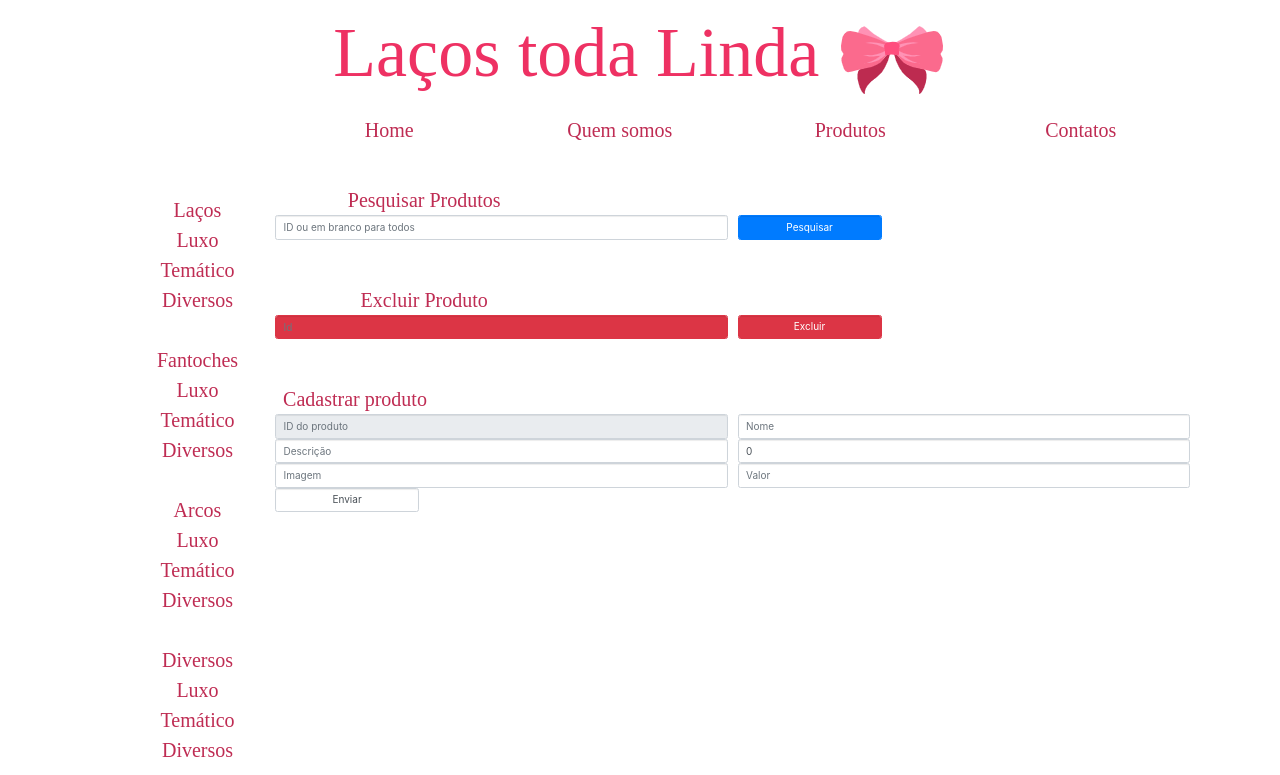
Repository: felipe-camilo/projin2
Page: http://localhost/projetointegrador/admin.jsp
An editor plug-in stored every save of this project. The page is shown before and after the next save, followed by the edit.
The browser window is 1280 px wide. The pictures show the whole page.
Some web fonts or font styles are not loaded; a fallback is used. The page is served by Tomcat 9. Other server files are loaded and not shown.

Above is the page before, as saved 2022-03-30 01:36:44.

### projetointegrador/src/main/webapp/admin.jsp
<%@ page language="java" contentType="text/html; charset=ISO-8859-1"
	pageEncoding="ISO-8859-1"%>
<%@ page import="java.sql.Connection"%>
<%@ page import="java.sql.Statement"%>
<%@ page import="java.sql.DriverManager"%>
<%@ page import="java.sql.ResultSet"%>
<!DOCTYPE html>
<html>
<head>
<style>
@import
	url('https://fonts.googleapis.com/css2?family=Sacramento&display=swap')
	;

@import
	url('https://fonts.googleapis.com/css2?family=Lobster&family=Sacramento&display=swap')
	;

@import
	url('https://fonts.googleapis.com/css2?family=Indie+Flower&display=swap')
	;
</style>
<meta charset="UTF-8">
<meta http-equiv="X-UA-Compatible" content="IE=edge">
<meta name="viewport" content="width=device-width, initial-scale=1.0">
<title>Laços toda Linda</title>

<link rel="stylesheet" href="css/style.css">
<link rel="stylesheet"
	href="https://maxcdn.bootstrapcdn.com/bootstrap/3.4.1/css/bootstrap.min.css">
<link rel="stylesheet"
	href="https://stackpath.bootstrapcdn.com/bootstrap/4.3.1/css/bootstrap.min.css">
<link rel="stylesheet" type="text/css" href="css/flexslider.css">
<script type="text/javascript"
	src="http://code.jquery.com/jquery.min.js"></script>
<script type="text/javascript" src="js/jquery.flexslider.js"></script>
<meta charset="ISO-8859-1">
<title>Produtos</title>
</head>


<body>
	<div class="container">

		<header class="topo">
			<div class="row justify-content-md-center text-center">
				<div class="col-md-12">
					<div class="texto-logo">
						Laços toda Linda <img class="logo" src="img/laco.png">
					</div>
				</div>
			</div>
		</header>

		<%
String nome = "";
String descricao = "";
int categoria = 0;
String img = "";
Float valor = 0.f;
String frase = "";
String action = "Enviar";
String pagina = "inserir.jsp";
int produto = 0;
String pesquisa = request.getParameter("pesquisa");
if (pesquisa != null) {
	//out.print(pesquisa);
	frase = "Editar Produto";
	action = "Editar";
	pagina = "editar.jsp";
	try {
		//Class.forName("com.mysql.jdbc.Driver");

		//String pesquisa = request.getParameter("pesquisa");

		Connection conectar;
		Statement stmt;
		ResultSet resultado;
		String servidordb = "jdbc:mysql://localhost:3306/databasepi";
		String user = "root";
		String pass = "root";

		produto = Integer.parseInt(pesquisa);
		//out.print(pesquisa);
		int id = 0;
		Class.forName("com.mysql.jdbc.Driver");

		conectar = DriverManager.getConnection(servidordb, user, pass);
		stmt = conectar.createStatement();
		String sql = "SELECT * FROM produto WHERE codigo =" + produto;
		resultado = stmt.executeQuery(sql);
		while (resultado.next()) {
	nome = resultado.getString("nome");
	descricao = resultado.getString("descricao");
	categoria = Integer.parseInt(resultado.getString("categoria"));
	valor = Float.parseFloat(resultado.getString("valor"));
	img = resultado.getString("img");
		}

	} catch (Exception e) {
		e.printStackTrace();
		out.println(e);
	}
} else {
	frase = "Cadastrar produto";
}
%>

		<!-- menu superior -->

		<section class="menu-superior">
			<div class="row justify-content-md-center text-center">
				<div class="col-md-2"></div>
				<div class="col-md-10">
					<ul class="nav nav-pills nav-justified nav-menu-superior">
						<li class="nav-item"><a class="nav-link texto-categoria"
							href="index.jsp">Home</a></li>
						<li class="nav-item"><a class="nav-link texto-categoria"
							href="quem_somos.jsp">Quem somos</a></li>
						<li class="nav-item"><a class="nav-link texto-categoria"
							href="produtos.html">Produtos</a></li>
						<li class="nav-item"><a class="nav-link texto-categoria"
							href="contato.html">Contatos</a></li>
					</ul>
				</div>

			</div>
		</section>


		<section>
			<div class="row">
				<div class="col-md-12 text-align-center">
					<div class="col-md-2 menu-lateral">
						<ul class="menu-lateral-lista">
							<li class="menu-lateral-categoria">Laços</li>
							<li class="">Luxo</li>
							<li class="">Temático</li>
							<li class="">Diversos</li>
							<li class="menu-lateral-categoria">Fantoches</li>
							<li class="">Luxo</li>
							<li class="">Temático</li>
							<li class="">Diversos</li>
							<li class="menu-lateral-categoria">Arcos</li>
							<li class="">Luxo</li>
							<li class="">Temático</li>
							<li class="">Diversos</li>
							<li class="menu-lateral-categoria">Diversos</li>
							<li class="">Luxo</li>
							<li class="">Temático</li>
							<li class="">Diversos</li>
						</ul>
					</div>
					<form action="consulta.jsp" method="get">
						<div class="form-row">
							<div class="col-4 menu-lateral-categoria">Pesquisar
								Produtos</div>
							<div class="col-6"></div>
							<div class="col-2"></div>
						</div>
						<div class="form-row">
							<div class="col-6">
								<input type="text" class="form-control"
									placeholder="ID ou em branco para todos" name="pesquisa">
							</div>
							<div class="col-2">
								<input class="form-control btn-primary" type="submit" name="pesquisar"
									value="Pesquisar">
							</div>
						</div>
					</form>
					<br>
					<form action="excluir.jsp" method="get">
						<div class="form-row">
							<div class="col-4 menu-lateral-categoria">Excluir Produto</div>
							<div class="col-6"></div>
							<div class="col-2"></div>
						</div>
						<div class="form-row">
							<div class="col-6">
								<input type="number" class="form-control btn-danger" placeholder="Id"
									name="pesquisa" placeholder="Entre com o ID:" required>
							</div>
							<div class="col-2">
								<input class="form-control btn-danger" type="submit" name="Excluir"
									value="Excluir">
							</div>
						</div>
					</form>
					<br>

					<div class="col-4"></div>
					<div class="col-4 menu-lateral-categoria">
						<%
						out.print(frase);
						%>

					</div>
					<div class="col-4"></div>
					<form action="<%out.print(pagina);%>" method="get">
						<div class="form-row">
							<div class="col-6">
								<input type="text" class="form-control"
									placeholder="ID do produto"
									value="<%if (produto == 0) {
											out.print("");
										} else {
											out.print(produto);
										}%>"
									name="produto" readonly>
							</div>
							<div class="col-6">
								<input type="text" class="form-control" placeholder="Nome"
									name="nome" value="<%out.print(nome);%>">
							</div>
							<div class="col-6">
								<input type="text" class="form-control" placeholder="Descrição"
									value="<%out.print(descricao);%>" name="descricao" required>
							</div>
							<div class="col-6">
								<input type="text" class="form-control" placeholder="Categoria"
									name="categoria" required value="<%out.print(categoria);%>">
							</div>
							<div class="col-6">
								<input type="text" class="form-control" placeholder="Imagem"
									value="<%out.print(img);%>" name="img">
							</div>
							<div class="col-6">
								<input type="text" class="form-control" placeholder="Valor"
									value="<%if (valor == 0) {
											out.print("");
										} else {
											out.print(valor);
										}%>"
									name="valor" required>
							</div>
							<div class="col-2">
								<input type="submit" class="form-control"
									value="<%out.print(action);%>" name="btn">
							</div>
							<div class="col-6"></div>
						</div>
					</form>

				</div>
			</div>
		</section>
	</div>

</body>
</html>

### projetointegrador/src/main/webapp/css/style.css
@media screen and (min-width: 601px) {
    .texto-logo {
      font-size: 80px;
    }

  }

@media screen and (max-width: 600px) {
    .texto-logo {
        font-size: 50px;
    }
}

@media screen and (min-width: 601px) {
    .texto-logo {
    font-size: 70px;
    }
}

.texto-logo {
    font-family: 'Sacramento', cursive;
    font-size: 20;
    color:#EE3163;
}

.texto-categoria {
    font-family: 'Lobster', cursive;
    color:#BF2C53;
    font-size: 20px;
    text-align: center;
    align-items: center;
}

.texto-categoria a.hover{
    color: green;
}


.texto-categoria-divisao {
    font-family: 'Lobster', cursive;
    color:#BF2C53;
    font-size: 20px;
    text-align: center;
    align-items: center;
    margin-bottom: 20px;
}

 .menu-lateral {
    text-align: center;
    font-family: 'Indie Flower', cursive;
    color:#BF2C53;
    font-size: 20px;
    text-decoration: none;
    margin-top: 10px;
 }


 .menu-lateral-categoria {
    text-align: center;
    font-family: 'Lobster', cursive;
    color:#BF2C53;
    font-size: 20px;
    text-decoration: none;
    margin-top: 30px;
 }

p {
    text-align: justify;
    font-family: 'Indie Flower', cursive;
    color:#BF2C53;
    font-size: 20px;
    margin-top: 50px;
 }

 .menu-lateral-lista {
    list-style-type: none;

 }

### projetointegrador/src/main/webapp/css/flexslider.css
/*
 * jQuery FlexSlider v2.7.2
 * https://www.woocommerce.com/flexslider/
 *
 * Copyright 2012 WooThemes
 * Free to use under the GPLv2 and later license.
 * http://www.gnu.org/licenses/gpl-2.0.html
 *
 * Contributing author: Tyler Smith (@mbmufffin)
 *
 */
/* ====================================================================================================================
 * FONT-FACE
 * ====================================================================================================================*/
@font-face {
  font-family: 'flexslider-icon';
  src: url('fonts/flexslider-icon.eot');
  src: url('fonts/flexslider-icon.eot?#iefix') format('embedded-opentype'), url('fonts/flexslider-icon.woff') format('woff'), url('fonts/flexslider-icon.ttf') format('truetype'), url('fonts/flexslider-icon.svg#flexslider-icon') format('svg');
  font-weight: normal;
  font-style: normal;
}
/* ====================================================================================================================
 * RESETS
 * ====================================================================================================================*/
.flex-container a:hover,
.flex-slider a:hover {
  outline: none;
}
.slides,
.slides > li,
.flex-control-nav,
.flex-direction-nav {
  margin: 0;
  padding: 0;
  list-style: none;
}
.flex-pauseplay span {
  text-transform: capitalize;
}
/* ====================================================================================================================
 * BASE STYLES
 * ====================================================================================================================*/
.flexslider {
  margin: 0;
  padding: 0;
}
.flexslider .slides > li {
  display: none;
  -webkit-backface-visibility: hidden;
}
.flexslider .slides img {
  width: 100%;
  display: block;
}
.flexslider .slides:after {
  content: "\0020";
  display: block;
  clear: both;
  visibility: hidden;
  line-height: 0;
  height: 0;
}
html[xmlns] .flexslider .slides {
  display: block;
}
* html .flexslider .slides {
  height: 1%;
}
.no-js .flexslider .slides > li:first-child {
  display: block;
}
/* ====================================================================================================================
 * DEFAULT THEME
 * ====================================================================================================================*/
.flexslider {
  margin: 0 0 60px;
  background: #fff;
  border: 4px solid #fff;
  position: relative;
  zoom: 1;
  -webkit-border-radius: 4px;
  -moz-border-radius: 4px;
  border-radius: 4px;
  -webkit-box-shadow: '' 0 1px 4px rgba(0, 0, 0, 0.2);
  -moz-box-shadow: '' 0 1px 4px rgba(0, 0, 0, 0.2);
  -o-box-shadow: '' 0 1px 4px rgba(0, 0, 0, 0.2);
  box-shadow: '' 0 1px 4px rgba(0, 0, 0, 0.2);
}
.flexslider .slides {
  zoom: 1;
}
.flexslider .slides img {
  height: auto;
  -moz-user-select: none;
}
.flex-viewport {
  max-height: 2000px;
  -webkit-transition: all 1s ease;
  -moz-transition: all 1s ease;
  -ms-transition: all 1s ease;
  -o-transition: all 1s ease;
  transition: all 1s ease;
}
.loading .flex-viewport {
  max-height: 300px;
}
@-moz-document url-prefix() {
  .loading .flex-viewport {
    max-height: none;
  }
}
.carousel li {
  margin-right: 5px;
}
.flex-direction-nav {
  *height: 0;
}
.flex-direction-nav a {
  text-decoration: none;
  display: block;
  width: 40px;
  height: 40px;
  margin: -20px 0 0;
  position: absolute;
  top: 50%;
  z-index: 10;
  overflow: hidden;
  opacity: 0;
  cursor: pointer;
  color: rgba(0, 0, 0, 0.8);
  text-shadow: 1px 1px 0 rgba(255, 255, 255, 0.3);
  -webkit-transition: all 0.3s ease-in-out;
  -moz-transition: all 0.3s ease-in-out;
  -ms-transition: all 0.3s ease-in-out;
  -o-transition: all 0.3s ease-in-out;
  transition: all 0.3s ease-in-out;
}
.flex-direction-nav a:before {
  font-family: "flexslider-icon";
  font-size: 40px;
  display: inline-block;
  content: '\f001';
  color: rgba(0, 0, 0, 0.8);
  text-shadow: 1px 1px 0 rgba(255, 255, 255, 0.3);
}
.flex-direction-nav a.flex-next:before {
  content: '\f002';
}
.flex-direction-nav .flex-prev {
  left: -50px;
}
.flex-direction-nav .flex-next {
  right: -50px;
  text-align: right;
}
.flexslider:hover .flex-direction-nav .flex-prev {
  opacity: 0.7;
  left: 10px;
}
.flexslider:hover .flex-direction-nav .flex-prev:hover {
  opacity: 1;
}
.flexslider:hover .flex-direction-nav .flex-next {
  opacity: 0.7;
  right: 10px;
}
.flexslider:hover .flex-direction-nav .flex-next:hover {
  opacity: 1;
}
.flex-direction-nav .flex-disabled {
  opacity: 0!important;
  filter: alpha(opacity=0);
  cursor: default;
  z-index: -1;
}
.flex-pauseplay a {
  display: block;
  width: 20px;
  height: 20px;
  position: absolute;
  bottom: 5px;
  left: 10px;
  opacity: 0.8;
  z-index: 10;
  overflow: hidden;
  cursor: pointer;
  color: #000;
}
.flex-pauseplay a:before {
  font-family: "flexslider-icon";
  font-size: 20px;
  display: inline-block;
  content: '\f004';
}
.flex-pauseplay a:hover {
  opacity: 1;
}
.flex-pauseplay a.flex-play:before {
  content: '\f003';
}
.flex-control-nav {
  width: 100%;
  position: absolute;
  bottom: -40px;
  text-align: center;
}
.flex-control-nav li {
  margin: 0 6px;
  display: inline-block;
  zoom: 1;
  *display: inline;
}
.flex-control-paging li a {
  width: 11px;
  height: 11px;
  display: block;
  background: #666;
  background: rgba(0, 0, 0, 0.5);
  cursor: pointer;
  text-indent: -9999px;
  -webkit-box-shadow: inset 0 0 3px rgba(0, 0, 0, 0.3);
  -moz-box-shadow: inset 0 0 3px rgba(0, 0, 0, 0.3);
  -o-box-shadow: inset 0 0 3px rgba(0, 0, 0, 0.3);
  box-shadow: inset 0 0 3px rgba(0, 0, 0, 0.3);
  -webkit-border-radius: 20px;
  -moz-border-radius: 20px;
  border-radius: 20px;
}
.flex-control-paging li a:hover {
  background: #333;
  background: rgba(0, 0, 0, 0.7);
}
.flex-control-paging li a.flex-active {
  background: #000;
  background: rgba(0, 0, 0, 0.9);
  cursor: default;
}
.flex-control-thumbs {
  margin: 5px 0 0;
  position: static;
  overflow: hidden;
}
.flex-control-thumbs li {
  width: 25%;
  float: left;
  margin: 0;
}
.flex-control-thumbs img {
  width: 100%;
  height: auto;
  display: block;
  opacity: .7;
  cursor: pointer;
  -moz-user-select: none;
  -webkit-transition: all 1s ease;
  -moz-transition: all 1s ease;
  -ms-transition: all 1s ease;
  -o-transition: all 1s ease;
  transition: all 1s ease;
}
.flex-control-thumbs img:hover {
  opacity: 1;
}
.flex-control-thumbs .flex-active {
  opacity: 1;
  cursor: default;
}
/* ====================================================================================================================
 * RESPONSIVE
 * ====================================================================================================================*/
@media screen and (max-width: 860px) {
  .flex-direction-nav .flex-prev {
    opacity: 1;
    left: 10px;
  }
  .flex-direction-nav .flex-next {
    opacity: 1;
    right: 10px;
  }
}

Loaded but not shown: projetointegrador/src/main/webapp/js/jquery.flexslider.js (library)

After the next save:
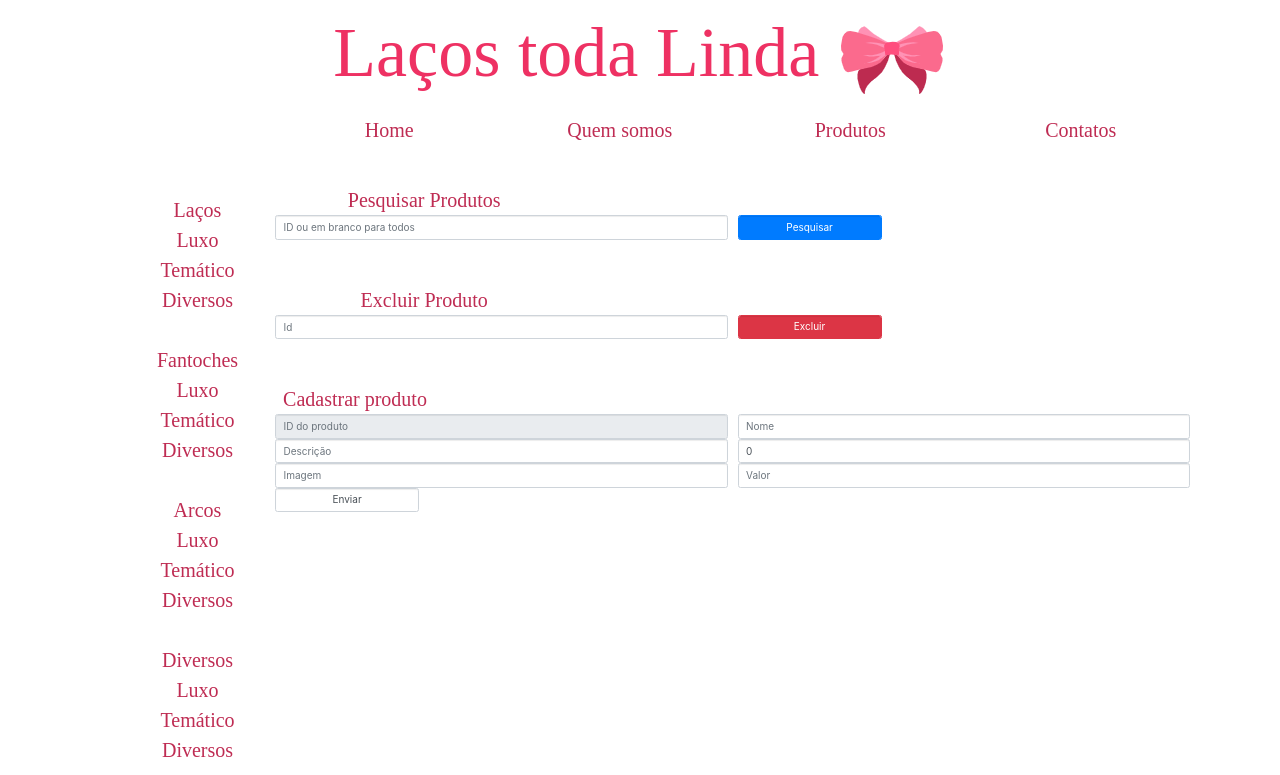
Saved 15 s later.
--- a/projetointegrador/src/main/webapp/admin.jsp
+++ b/projetointegrador/src/main/webapp/admin.jsp
@@ -178,7 +178,7 @@
 						</div>
 						<div class="form-row">
 							<div class="col-6">
-								<input type="number" class="form-control btn-danger" placeholder="Id"
+								<input type="number" class="form-control" placeholder="Id"
 									name="pesquisa" placeholder="Entre com o ID:" required>
 							</div>
 							<div class="col-2">
